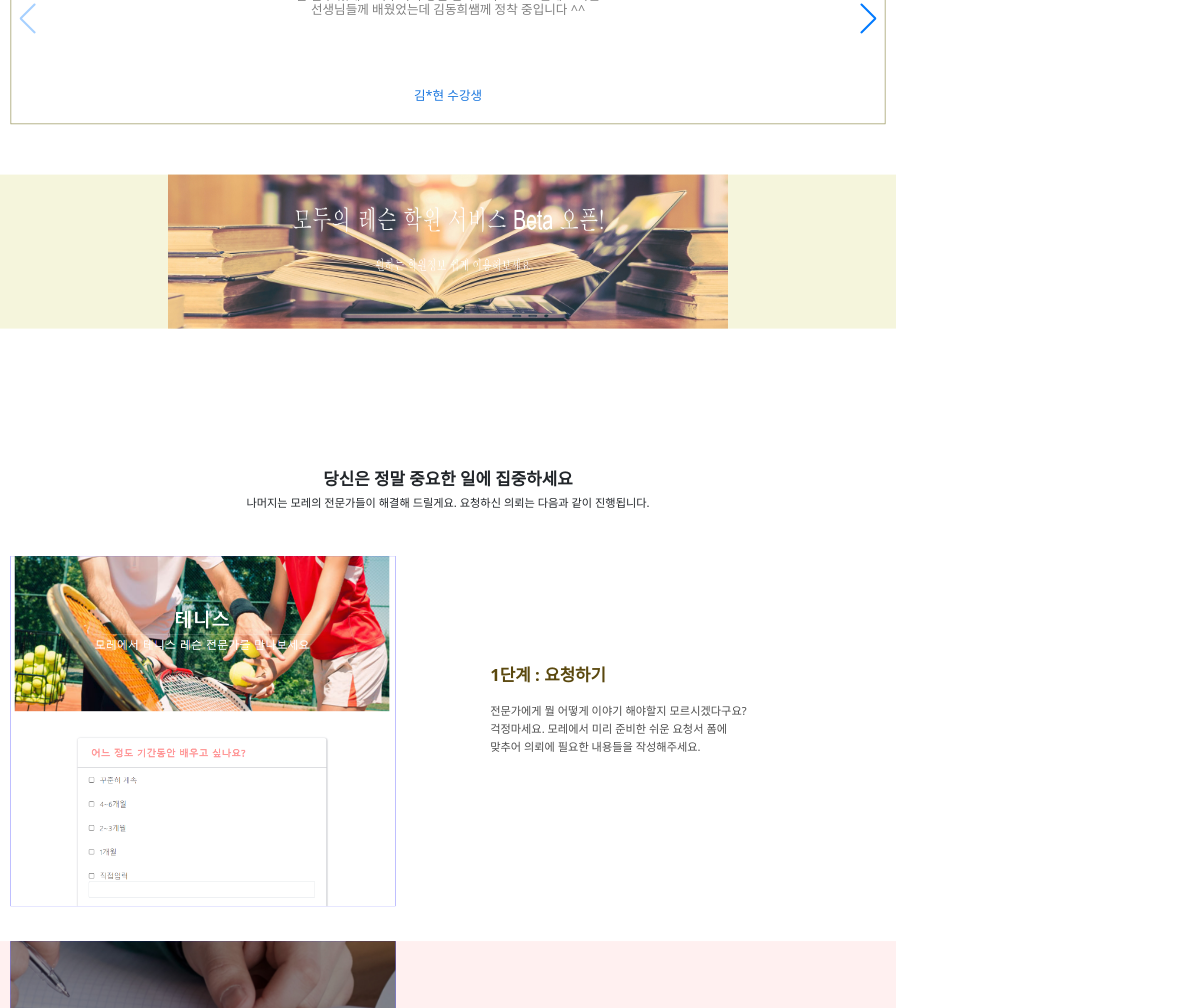
Repository: isssson/MVC2_more
Page: http://localhost/more/WEB-INF/views/index.jsp
The author's editor kept a copy of each file at every save. The page is drawn from the files as they stood at one save, then again after the next save.
The browser window is 1280 px wide. The page is 1400 px wide, then 1700 px, so the pictures cover 1700 px, including what lies to the right of the window. The pictures show the part of the page from y = 1828 to 3268 px (the page is 5131 px tall), at 70% of full size.
Some web libraries are served in a nearby version. The page is served by Tomcat 9. Nobody is signed in. The template is opened directly, without the code that normally fills it, so the values that code supplies are empty.

Above is the page before, as saved 2021-12-11 16:39:47.

After the next save:
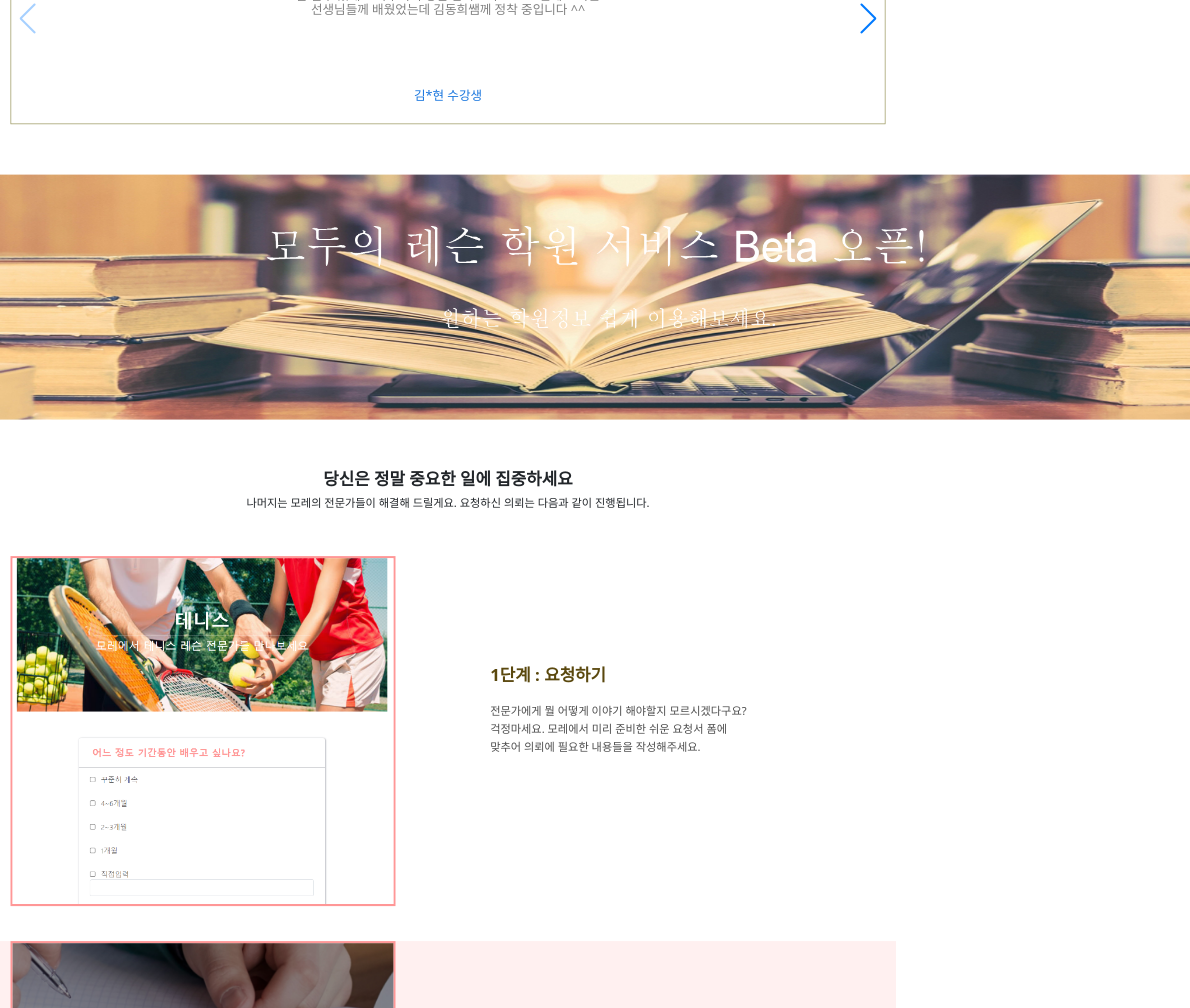
Saved 12 h 17 min later.
--- a/more/src/main/webapp/resources/css/index.css
+++ b/more/src/main/webapp/resources/css/index.css
@@ -130,7 +130,7 @@ li{
     font-size: 18px;
 }
 #category span:hover{
-    background-color: #f5f38a98;
+    background-color: #f5808f;
 
 }
 /* -------------------------lessonList------------------------- */
@@ -214,7 +214,7 @@ li{
     margin: 0px auto;
 }
 .req-service-name{
-	width: 50%;
+   width: 50%;
     margin: 20px auto;
     border-radius: 10px;
     color: white;
@@ -224,12 +224,12 @@ li{
     text-align: center;
 }
 .review-detail-text{
-	width:100%;
-	height:200px;
-	margin: 20px auto;
-	font-size: 18px;
-	color:gray;
-	text-align: center;
+   width:100%;
+   height:200px;
+   margin: 20px auto;
+   font-size: 18px;
+   color:gray;
+   text-align: center;
 }
 
 /* -------------------------banner------------------------- */
@@ -240,8 +240,8 @@ li{
     background-color: beige;
 }
 #banner img{
-width: 800px;
-height: 220px;
+width: 1700px;
+height: 350px;
 margin: 0px auto;
 }
 
@@ -258,21 +258,19 @@ margin: 0px auto;
     display: flex;
     justify-content: center;
 }
-#manualContainer .manualItem2{
-    background-color: beige;
-}
+
 .manualImg{
     float: left;
     right: 16.5%;
     width: 550px;
     height: 500px;
-    background-color: blue;
 }
 .manualImg img{
     position: relative;
     width: 550px;
     height: 500px;
     object-fit: cover;
+    border: 3px solid #ff9797;
 }
 .manualText{
     position: relative;
@@ -321,7 +319,7 @@ margin: 0px auto;
 .profileBox{
     width:300px;
     height:100px;
-    margin:20px auto;
+    margin: 40px 20px 20px 20px;
 }
 .profileBox .profilePic{
     width:100px;
@@ -349,5 +347,5 @@ margin: 0px auto;
     left:35%;
 }
 .spec ul li{
-	font-size:10px;
-}
+   font-size:14px;
+}
